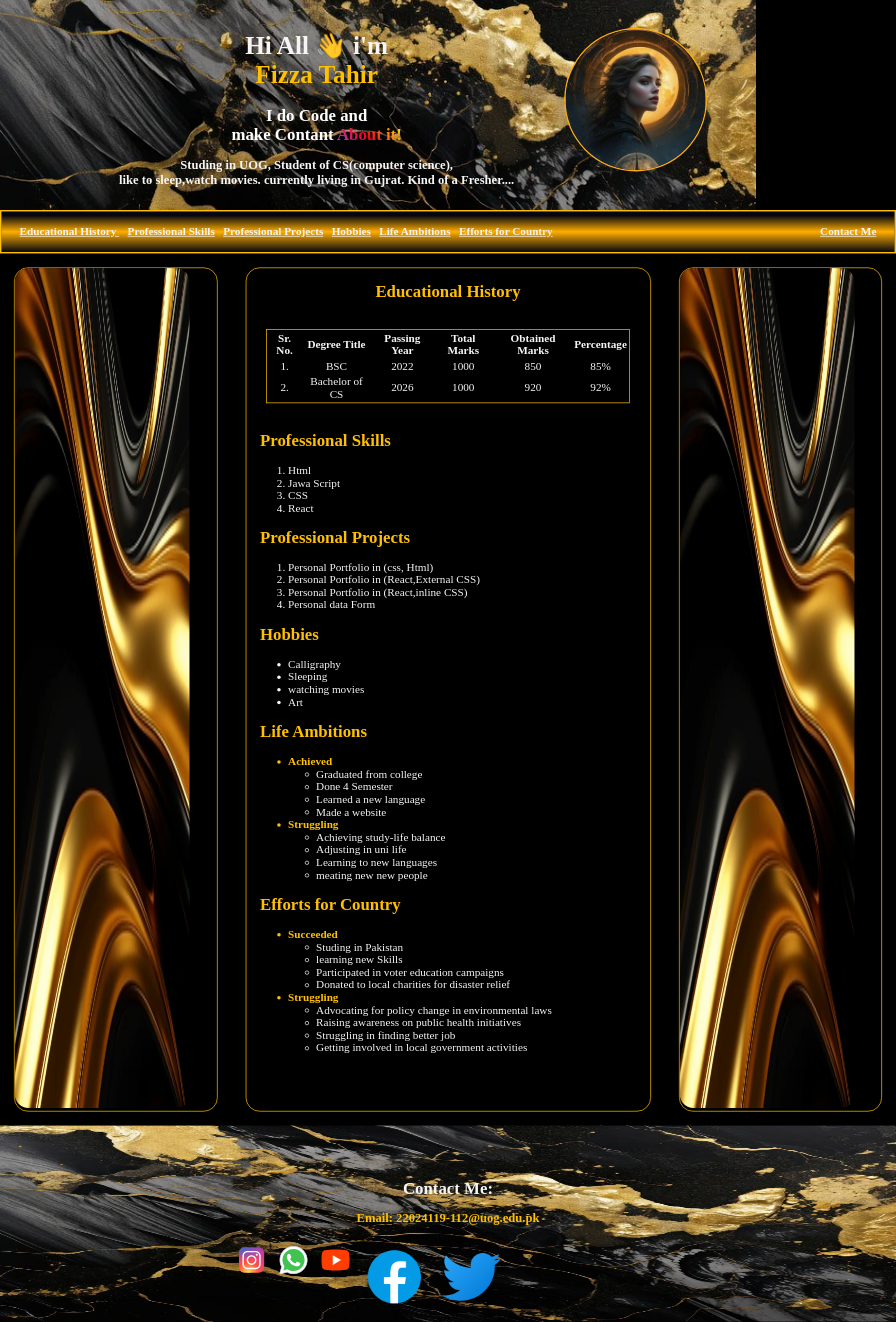
Repository: Fizza-112/project
Page: /
An editor plug-in stored every save of this project. The page is shown before and after a run of saves, followed by the edit.
The browser window is 1280 px wide. The pictures show the whole page, at 70% of full size.
The project was rebuilt for these pictures with package versions that can differ from the ones it lists, and the page was loaded fresh each time. Also part of the build but not shown: vite.config.ts.

Above is the page before, as saved 2024-09-20 13:46:29.

### src/App.tsx

import "./App.css"

import instaimg from "./components/icons8-insta.svg"
import whatsappimg from "./components/icons8-whatsapp.svg"
import youtubeimg from "./components/icons8-youtube.svg"
import facebookimg from "./components/facebook icon.png"
import twitterimg from "./components/twitter.png"
import marbelimg from "./components/marbel.webp"
import profimg from "./assets/WhatsApp Image 2024-09-20 at 8.07.10 AM.jpeg"
import sidedivimg from "./assets/sidediv.webp"

const App = () => {
  return (
    <>
    <header>
    <div className="header-container">
      {/* Base image */}
      <img
        className="base-image"
         src={marbelimg}
        alt="Profile"
      />

      {/* Content inside the header */}
      <div className="header-content">
        <h1 className="header-text"><b>Hi All 👋 i'm <br/><span className="nam"> Fizza Tahir</span> </b></h1>
        <div> <h2 className="contant">I do Code and<br/> make Contant <span className="span">About it!</span> </h2></div>
        <p className="sub-text">Studing in UOG, Student of CS(computer science),<br/>
        like to sleep,watch movies. currently living in Gujrat. Kind of a Fresher....</p>
      </div>

      {/* Another image (e.g., profile or other image) on the right side */}
      <img
        className="side-image"
         src={profimg}
        alt="Profile on Right"
      />
    </div>

  </header>


    <nav id="nav">
      <div>
  <a href='#EducationalHistory'>Educational History </a>
  <a href='#ProfessionalSkills'>Professional Skills</a>
  <a href="#ProfessionalProjects">Professional Projects</a>
  <a href="#Hobbies">Hobbies</a>
  <a href="#life-ambitions">Life Ambitions</a>
  <a href="#efforts-for-country">Efforts for Country</a>
  </div>
  <div>
  <a href="#Contact-Me">Contact Me</a>
  </div>
</nav>

<div className="div">
<div id="blank-div">
  <img className="leftdiv"src={sidedivimg} alt="img" />
</div>

<div id='main-contant'>

  <div id="EducationalHistory">

    <h2 className='nam'>Educational History</h2>
        <table>
            <thead >
                <tr>
                    <th>Sr. No.</th>
                    <th>Degree Title</th>
                    <th>Passing Year</th>
                    <th>Total Marks</th>
                    <th>Obtained Marks</th>
                    <th>Percentage</th>
                </tr>
            </thead>
            <tbody>
                <tr>
                    <td>1.</td>
                    <td>BSC</td>
                    <td>2022</td>
                    <td>1000</td>
                    <td>850</td>
                    <td>85%</td>
                </tr>
                <tr>
                    <td>2.</td>
                    <td>Bachelor of CS</td>
                    <td>2026</td>
                    <td>1000</td>
                    <td>920</td>
                    <td>92%</td>
                </tr>
            </tbody>
        </table>

  </div>

  <div id="ProfessionalSkills">
<h2 className='nam'>Professional Skills</h2>
<ol>
<li>Html</li>
<li>Jawa Script</li>
<li>CSS</li>
<li>React</li>
</ol>
   </div>

  <div id="ProfessionalProjects">
<h2 className='nam'>Professional Projects</h2>
<ol>
<li>Personal Portfolio in (css, Html)</li>
<li>Personal Portfolio in (React,External CSS)</li>
<li>Personal Portfolio in (React,inline CSS)</li>
<li>Personal data Form</li>
</ol>
   </div>

  <div id="Hobbies">
<h2 className='nam'>Hobbies</h2>
<ul>
<li>Calligraphy</li>
<li>Sleeping</li>
<li>watching movies</li>
<li>Art</li>
</ul>
   </div>

   <div id="life-ambitions">
    <h2 className='nam'>Life Ambitions</h2>
    <ul>
      <li className='nam'><b >Achieved</b></li>
      <ul>
        <li>Graduated from college</li>
        <li>Done 4 Semester </li>
        <li>Learned a new language</li>
        <li>Made a website </li>
      </ul>
      <li className='nam'><b >Struggling</b></li>
      <ul>
        <li>Achieving study-life balance</li>
        <li>Adjusting in uni life</li>
        <li>Learning to new languages</li>
        <li>meating new new people</li>
      </ul>
    </ul>
    </div>

    <div id="efforts-for-country">
    <h2 className='nam'>Efforts for Country</h2>
    <ul>
      <li className='nam'><b >Succeeded</b></li>
      <ul>
        <li>Studing in Pakistan</li>
        <li>learning new Skills</li>
        <li>Participated in voter education campaigns</li>
        <li>Donated to local charities for disaster relief</li>
      </ul>
      <li className='nam'><b >Struggling</b></li>
      <ul>
        <li>Advocating for policy change in environmental laws</li>
        <li>Raising awareness on public health initiatives</li>
        <li>Struggling in finding better job</li>
        <li>Getting involved in local government activities</li>
      </ul>
    </ul>
  </div>

  </div>
  <div id="end">
  <img className="rightdiv"src={sidedivimg} alt="img" />
  </div>
  </div>

<div id="Contact-Me">
  <footer>
  <div className="footer-container">
      {/* Base image for footer */}
      <img
       className="footer-image"
       src={marbelimg}
      alt="Profile"
      />

      {/* Footer content (heading and icons) */}
      <div className="footer-content">
        <h2 className="footer-heading">Contact Me:</h2>
        <h3 className="footer-email">Email: 22024119-112@uog.edu.pk</h3>

        {/* Social media icons */}
        <div className="social-icons">
        <a href="https://www.instagram.com/" target='_blank'><img src={instaimg} alt='icon' className='icons'></img></a>
  <a href="https://web.whatsapp.com/" target='_blank'><img src={whatsappimg} alt='icon' className='icons'></img></a>
  <a href="https://www.youtube.com/" target='_blank'><img src={youtubeimg} alt='icon' className='icons'></img></a>
  <a href="https://www.facebook.com/login/?next=https%3A%2F%2Fwww.facebook.com%2F" target='_blank'><img src={facebookimg} alt='icon' className='icons'></img></a>
  <a href="https://twitter.com/i/flow/login" target='_blank'><img src={twitterimg} alt='icon' className='icons'></img></a>

        </div>
      </div>
    </div>
    </footer>
  </div>
    </>
  )
}

export default App

### src/App.css
body{
  margin: 0px;
  padding: 0px;

  /* background-color:bisque;
  background-image: linear-gradient(19deg, bisque 0%, #989fff 100%);
   */
   /* background-color:bisque;
background-image: linear-gradient(62deg, bisque 0%, #945cfd 100%); */
/* background-color: #001886;
background-image: linear-gradient(43deg, #001886 0%, #05060f 46%, #001886  100%); */
background-color:black;



}
.header-container{
  display: flex;
  align-items: center;
  justify-content: center;
  width: 200%;
  height: 300px;
  /* color:aliceblue;
  background-color: #0c0c0c;
background-image: linear-gradient(43deg, gold 0%,#161516 46%, black 100%); */
position: relative;
max-width: 1080px;

}

.base-image{
  width: 200%;
  height: 300px;
 background-size:contain;
 object-fit: cover;
}
.header-content {
  position: absolute;
  top: 20px; /* Adjust padding from top */
  left: 20px; /* Adjust padding from left */
  color: white;

}
@media (max-width: 768px){
header{
  display: flex;
  align-items: center;
  justify-content: center;
  width: 100%;
  color:aliceblue;
  background-color: #001886;
  background-image: linear-gradient(180deg, #05060f 10%,#001886   50%, #05060f 100%);
/* background-image: linear-gradient(43deg, #001886 0%, #05060f 46%, #001886  100%);  */
max-width: 768px;
padding-left: 10px;
}
}

.header-text{
  /*
  /* color:#880808;
  color:#ffc000; */
 color: whitesmoke;
 text-align: center;
  font-size: 36px;
  font-weight: bold;
  margin-left: 150px;

}
.sub-text{
  color:whitesmoke;
  text-align: center;
  font-weight: 700;
  text-align: center !important;
  font-size: 18px;
  margin-left: 150px;
}
.contant{
  text-align: center;
  margin-left: 150px;
}
.span{

  background: -webkit-linear-gradient(43deg, #a241d0 0%, #f90118 46%, #fff500 100%);
  -webkit-background-clip: text;
  -webkit-text-fill-color: transparent;
}

.side-image{
  width: 200px;
  border-radius: 50%;
  margin-top: 20px;
  border:2px solid rgb(253, 171, 19);
  position: absolute;
  top: 20px;              /*  match header's top */
  right: 20px;             /* Position it on the right side */

  object-fit: cover; /* Maintain aspect ratio */
  display:block;
 margin-right: 50px;

}
.side-image:hover{
  border: 3px solid gold;
}
#nav{
  display: flex;
  align-items:center;
  justify-content: space-between;
   padding: 20px;
   background-color:  #001886;
   background-image: linear-gradient(180deg, #05060f 10%, rgb(255, 174, 0)   50%, #05060f 100%);
   /* background-image: linear-gradient(180deg, #001886 10%, #05060f 50%, #001886  100%); */
   /* background-color: #001886;
   background-image: linear-gradient(43deg, #001886 0%, #05060f 46%, #001886  100%);  */
  border: 2px solid #ffc000;
}
@media (max-width: 768px){
#nav{
  max-width: 798px;

  display: flex;
  align-items:center;
  justify-content: space-between;
   padding: 20px;
   background-color:  #001886;
   background-image: linear-gradient(180deg, #05060f 10%,#001886   50%, #05060f 100%);
   /* background-image: linear-gradient(180deg, #001886 10%, #05060f 50%, #001886  100%); */
   /* background-color: #001886;
   background-image: linear-gradient(43deg, #001886 0%, #05060f 46%, #001886  100%);  */
  border: 2px solid #ffc000;

}
}
.div{
  display: flex;


}
#blank-div{
width: 25%;
border: 1px solid #ffc000 ;
                    /*    left box contant border */
margin: 20px;
border-radius:20px;

}
.leftdiv{
  width:250px;
  height:1200px;
  border-radius:20px;
}
#main-contant{
  width: 50%;
  border: 1px solid #ffc000;      /*center contant border*/
  margin: 20px;
border-radius:20px;
}
#end{
  width: 25%;
  border: 1px solid #ffc000;     /*right contant border*/

  margin: 20px;
  border-radius:20px;

}
a{
  color: whitesmoke;
  margin: 6px;
  font-weight: 800;
}


table{
  border: 1px solid #ffc000;       /*table border*/
  justify-content:center;
  align-items:center;
  text-align: center;
 width: 90%;
  margin: 20px;
}
@media (max-width: 768px){
table{
  max-width: 768px;
  border: 1px solid #ffc000;       /*table border*/
  justify-content:center;
  align-items:center;
  text-align: center;
 width: 90%;
  margin: 20px;
}
}
#EducationalHistory{
  color:whitesmoke;
  width:100%;
  display:flex;
  flex-direction: column;
  justify-content: center;
  align-items:center;
}
#ProfessionalSkills{
  margin-left: 20px;
  color:whitesmoke;
}
#ProfessionalProjects{
  margin-left: 20px;
  color:whitesmoke;
}
#Hobbies{
  margin-left: 20px;
  color:whitesmoke;
}
#life-ambitions{
  margin-left: 20px;
  color:whitesmoke;
}
#efforts-for-country{
  margin-left: 20px;
  color:whitesmoke;
}
@media (max-width:768px){
#efforts-for-country{
  max-width: 768px;
  color:whitesmoke;
}
}
.nam{
  color:#ffc000;
}

.footer-container{
  text-align: center;
  /* background-color:  #001886;
background-image: linear-gradient(180deg, #05060f 10%,#001886   50%, #05060f 100%);
/*  */
  /* background-color: #001886;
  background-image: linear-gradient(43deg, #001886 0%, #05060f 46%, #001886  100%);  */
  color:whitesmoke;
  margin: 20px, 0px 0px, 0px;

  height: 150px;
  position: relative;
  width: 100%;
  margin-left: 0px;

}

.footer-image{
  width: 100%;
  height: 150px;
  margin-left: 0px;
  height: 280px;
  display: block;
}
.footer-content {
  position: absolute;
  top: 50%;
  left: 50%;
  transform: translate(-50%, -50%);
  color: white; /* White text for good contrast */
}

.footer-heading{
font-size: 24px;
  font-weight: bold;
  margin-bottom: 10px;
 color:whitesmoke;
 padding-top: 180px;


}
.footer-email{
  color:#ffc000;
  font-size: 18px;
  margin-bottom: 20px;
}




.social-icons{

    display: flex;
    justify-content: center;
    width: 35px;
    height: auto;
}

.social-icons:hover{

  background: linear-gradient( #0f2027, #203a43,#2c5364);
}
.icon {
  width: 40px;
  height: 40px;
  margin: 0 10px; /* Space between icons */
  cursor: pointer;
  transition: transform 0.3s;
}
.rightdiv{
  width:250px;
  height:1200px;
  border-radius:20px;
}

Loaded but not shown: index.html (common file); src/main.tsx (common file); src/index.css (no stored copy; drawn as an empty file)

After the next 2 saves:
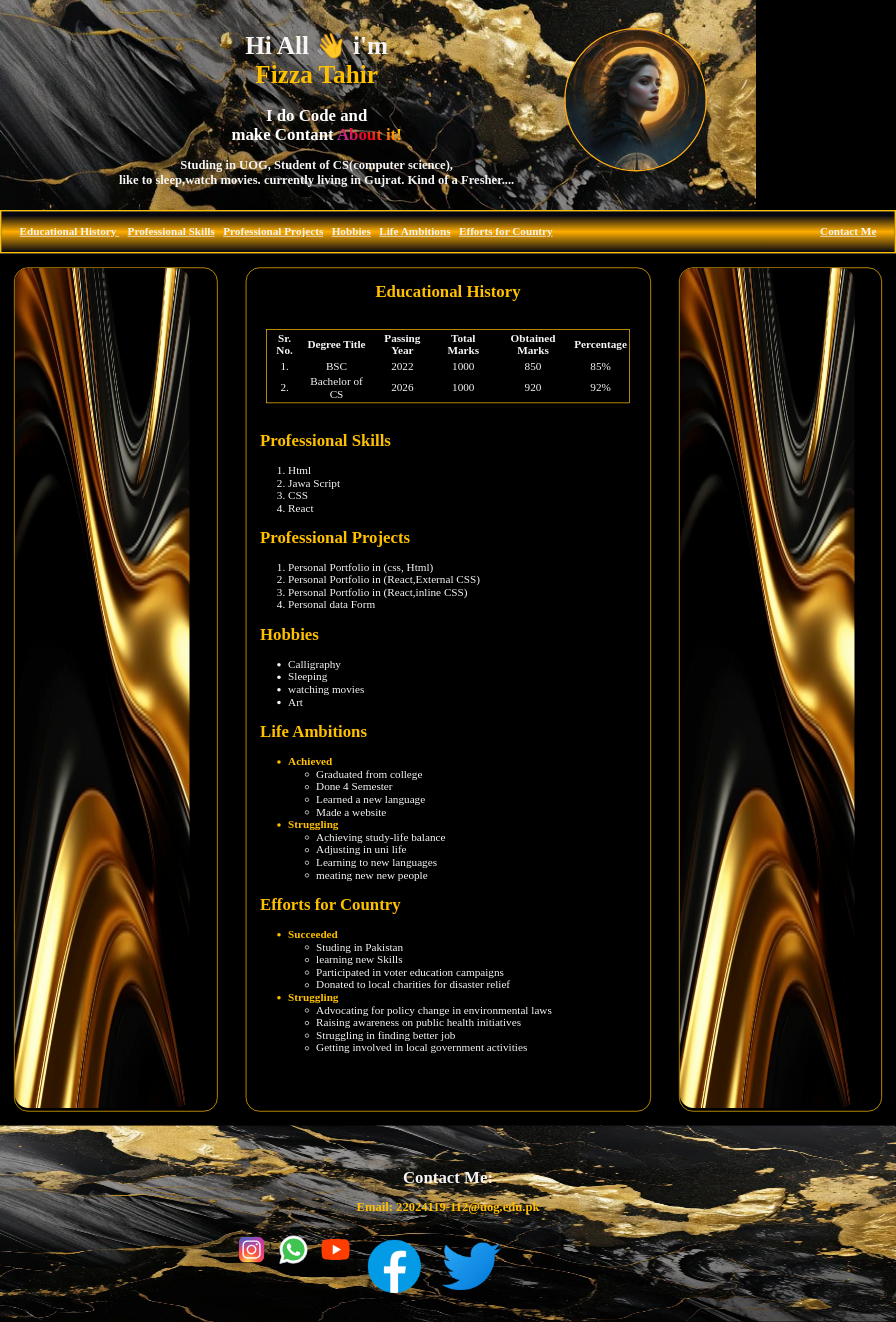
The 2 saves are shown as one change because they came seconds apart.
The last was saved 34 s later.
--- a/src/App.css
+++ b/src/App.css
@@ -265,7 +265,7 @@ font-size: 24px;
   font-weight: bold;
   margin-bottom: 10px;
  color:whitesmoke;
- padding-top: 180px;
+ padding-top: 150px;
 
 
 }
